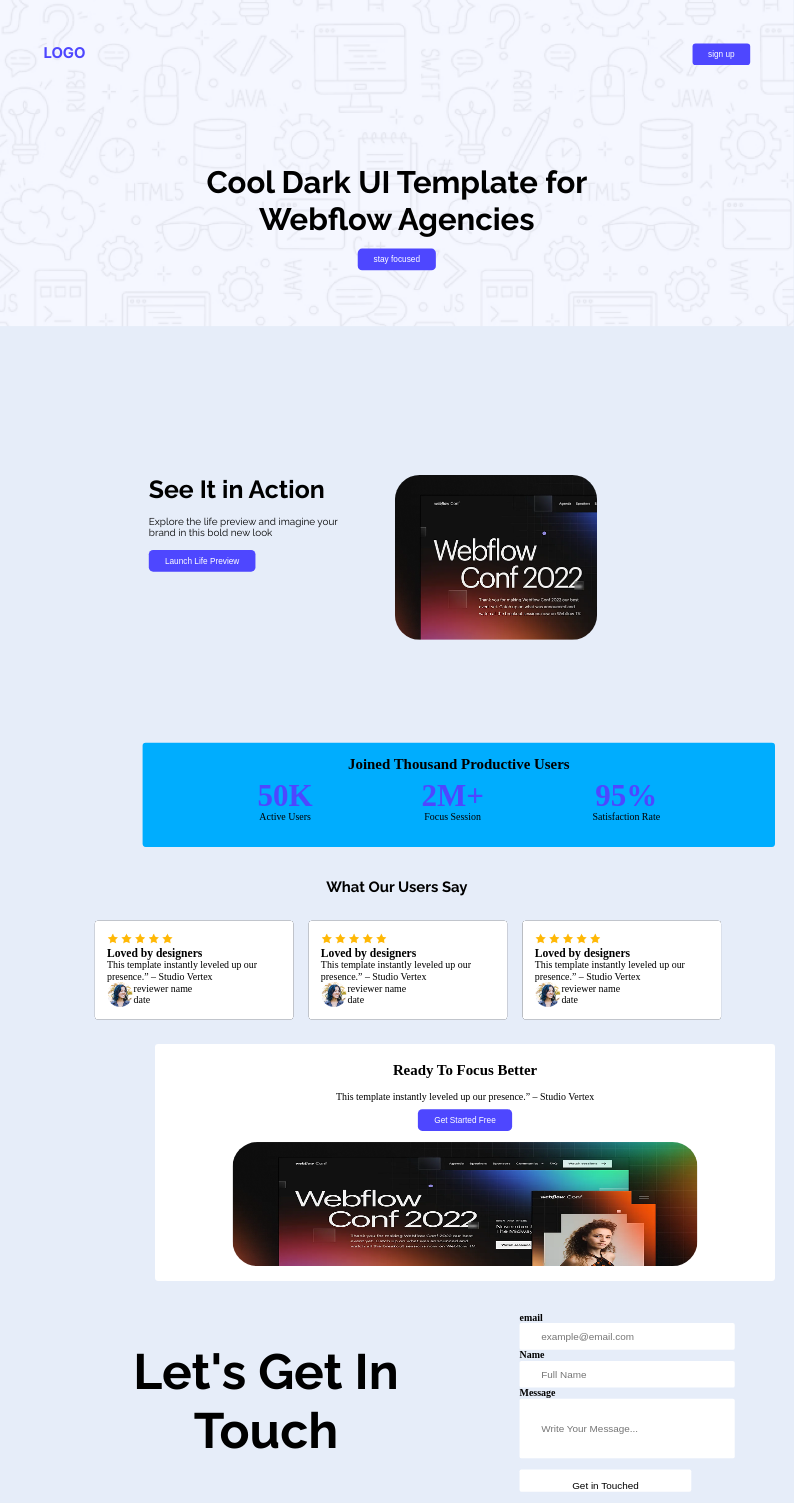
Repository: dollyrakhe22/landing-launchpad
Page: index.html
The author's editor kept a copy of each file at every save. The page is drawn from the files as they stood at one save, then again after the next save.
The browser window is 1280 px wide. The pictures show the whole page, at 62% of full size.

Above is the page before, as saved 2025-07-11 10:39:58.

After the next save:
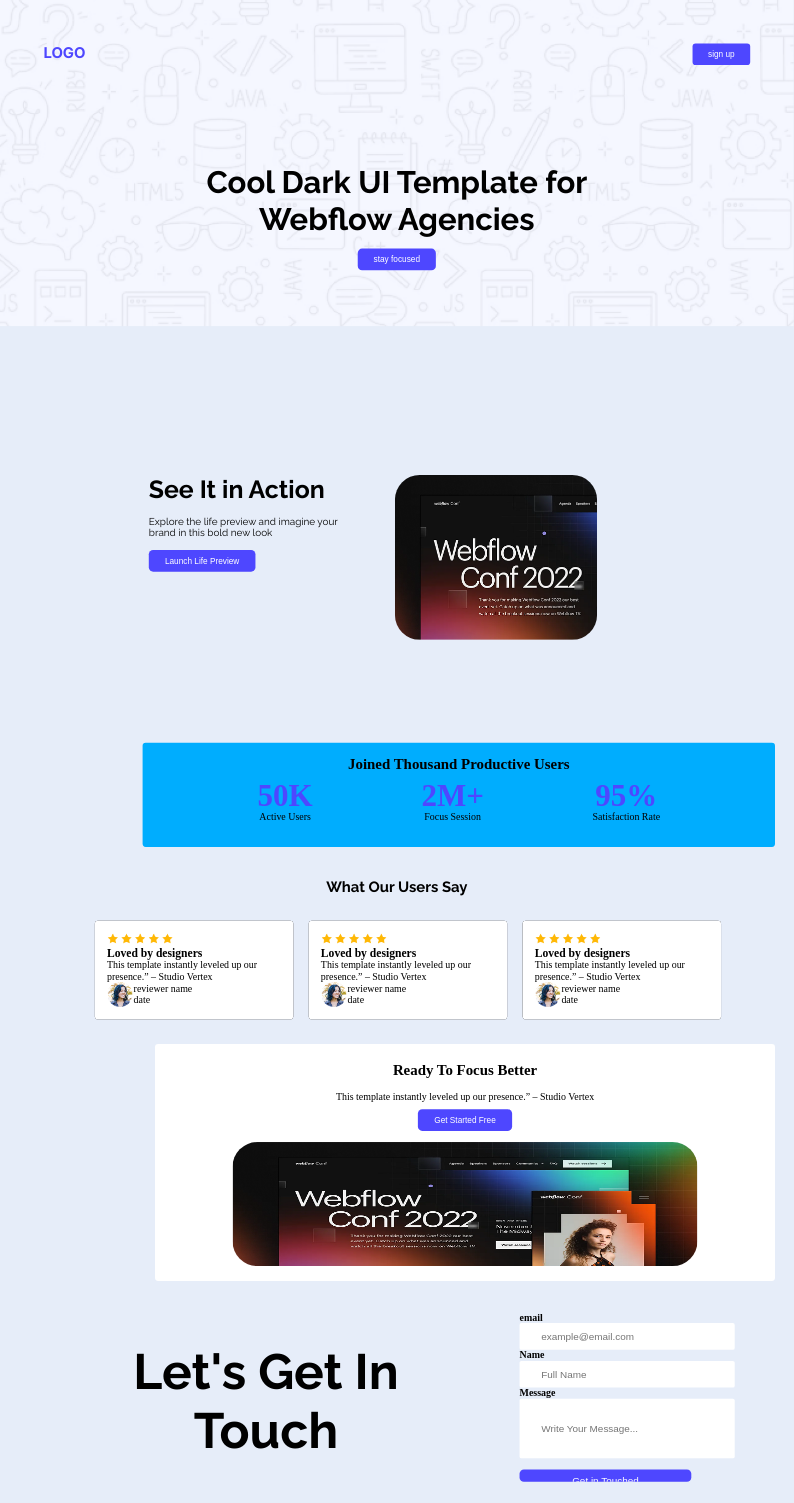
Saved 61 s later.
--- a/index.html
+++ b/index.html
@@ -155,7 +155,7 @@
        <input type="name" placeholder="Full Name"><br>
           <h4>Message</h4>
         <input type="text" placeholder="Write Your Message..." class="input-message"><br><br>
-          <input type="button" value="Get in Touched">
+          <input type="button" value="Get in Touched" class="button-container">
 
     </div>
 

After the save that followed:
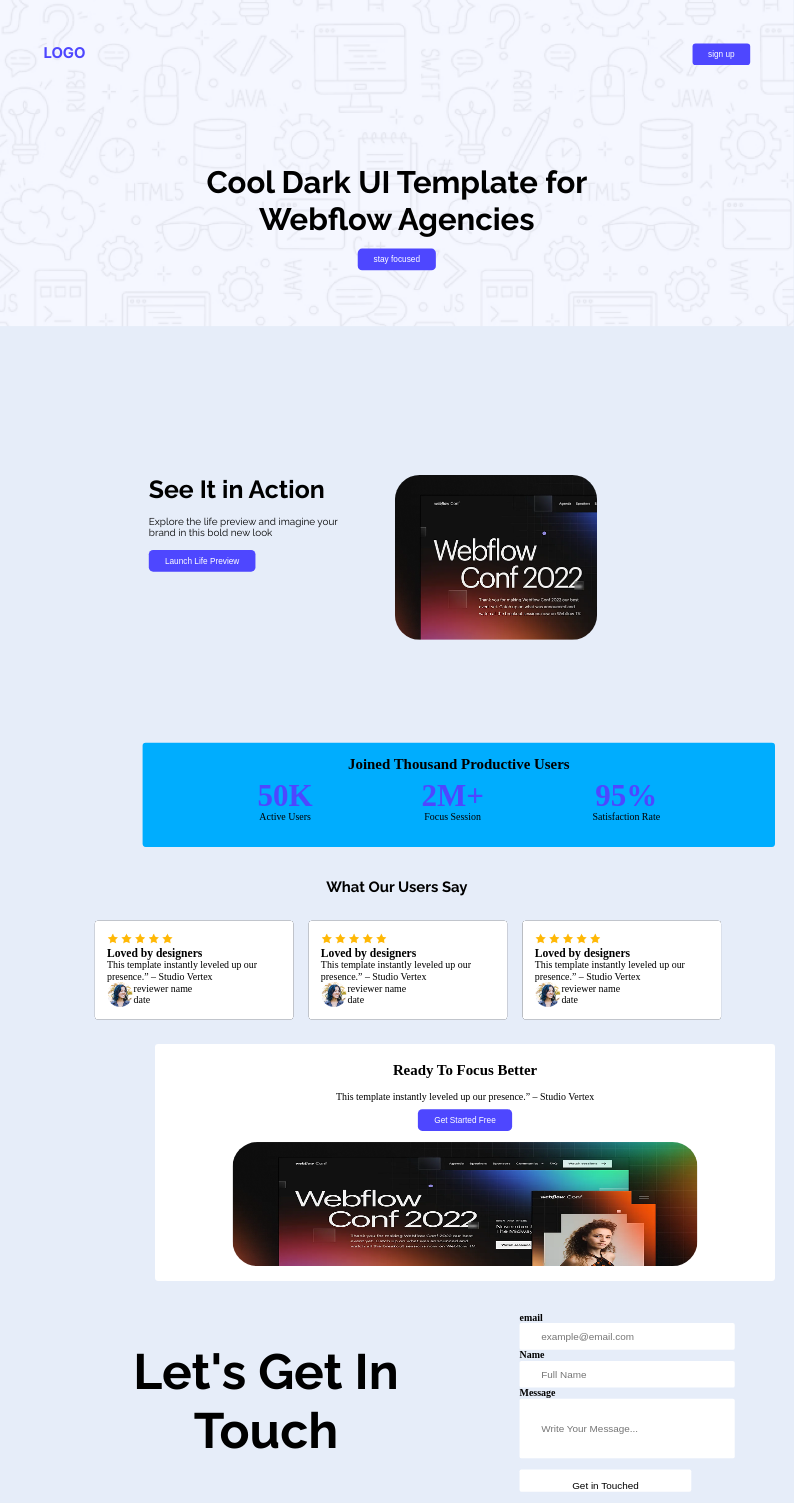
Saved 25 s later.
--- a/index.html
+++ b/index.html
@@ -155,7 +155,7 @@
        <input type="name" placeholder="Full Name"><br>
           <h4>Message</h4>
         <input type="text" placeholder="Write Your Message..." class="input-message"><br><br>
-          <input type="button" value="Get in Touched" class="button-container">
+          <input type="button" value="Get in Touched" class="">
 
     </div>
 
